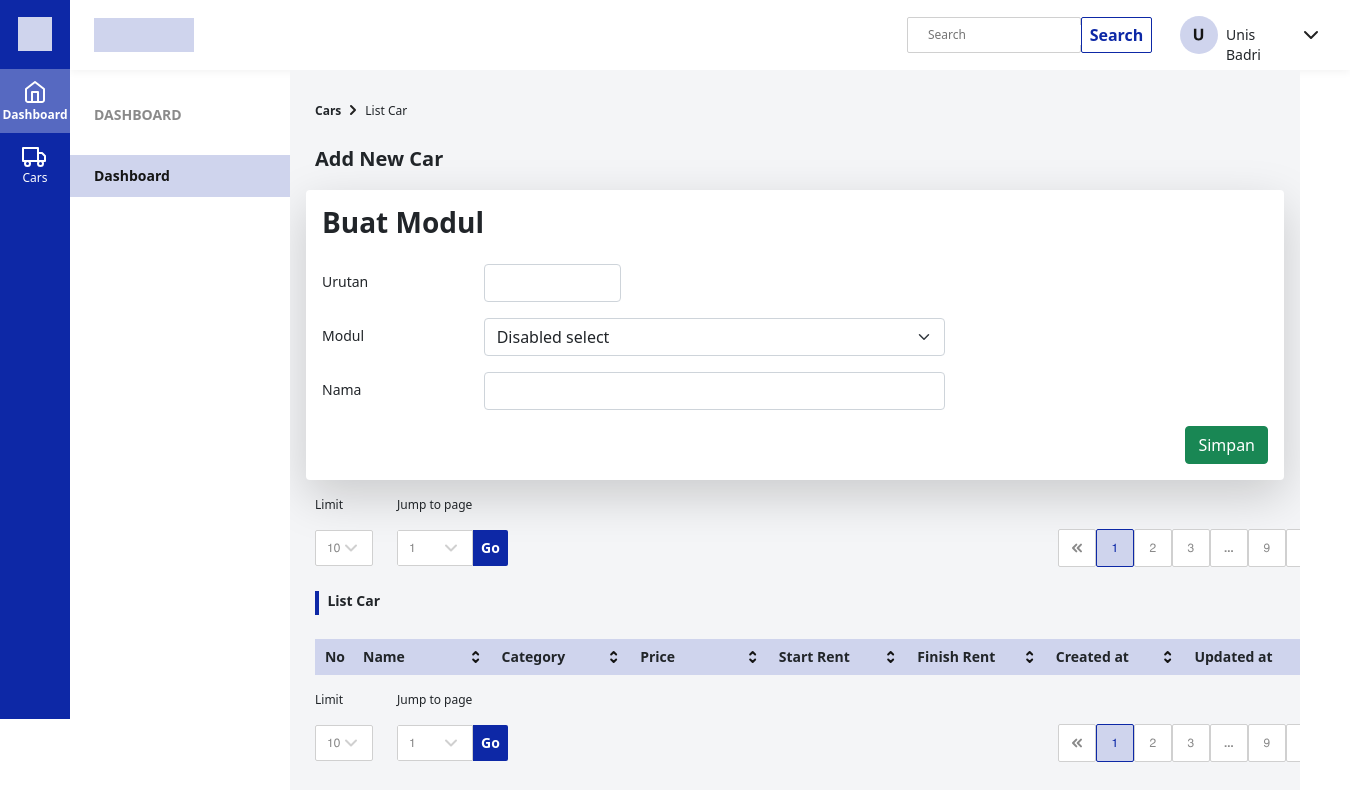
Repository: farrelmuhammad/challenge-7-binar
Page: /carlist/add
An editor plug-in stored every save of this project. The page is shown before and after the next save, followed by the edit.
The browser window is 1280 px wide. The page is 1350 px wide, so the pictures cover 1350 px, including what lies to the right of the window. The pictures show the whole page.
The project was rebuilt for these pictures with package versions that can differ from the ones it lists, and the page was loaded fresh each time. Also part of the build but not shown: src/component/navbar.js, src/component/header.js, src/component/footer.js, src/App.js, src/component/admin/Dashboard/index.jsx, src/pages/admin/Dashboard.js, src/component/admin/Cars/index.jsx, src/pages/admin/CarsList.js and 2 more.

Above is the page before, as saved 2022-05-27 21:10:10.

### src/index.css
body {
  font-family: Helvetica Neue, Helvetica, Arial, sans-serif;
  font-style: normal;
  font-weight: normal;
  font-size: 14px;
  line-height: 20px;
  margin: 0;
  padding: 0;
}

h1,
h2,
h3,
h4,
h5 {
  line-height: 150%;
}

.header{
  background-color: #F1F3FF;
}

.footer i {
  color: #0D28A6;
  font-size: x-large;
}

.bg-darkblue{
  background-color: #0D28A6;
}

.logo {
  background-color: #0D28A6;
  width: 100px;
  height: 34px;
}

code {
  font-family: source-code-pro, Menlo, Monaco, Consolas, 'Courier New',
    monospace;
}

.card-cari {
  width: 1047px;
  /* height: 106px; */
  margin-top: -50px;
  z-index: 2;
}
.button-cari {
  width: 92px !important;
  margin-top: 30px;
  height: 36px;
}
.activeCari {
  height: 100%;
  width: 0;
  position: fixed;
  z-index: 2;
  top: 0;
  left: 0;
  background-color: rgba(0, 0, 0, 0.5);
  overflow-x: hidden;
  transition: 0.5s;
  padding-top: 34px;
}

### src/component/admin/Navbar.jsx
import { Link } from 'react-router-dom';
import './Navbar.css';

const Navbar = () => {
  return (
    <header>
      {/* navbar top */}
      <div className="nav-top navbar">
        <div className="logo"></div>
        <span
          className="icon-menu iconify"
          data-icon="charm:menu-hamburger"
          data-width="24"
        ></span>
        <form className="nav-search d-flex">
          <div className="box-search">
            <span
              className="iconify"
              data-icon="akar-icons:search"
              data-width="18"
            ></span>
            <input type="search" placeholder="Search" />
          </div>
          <button className="button-search" type="submit">
            Search
          </button>
        </form>
        <div className="profile">
          <img src="img/profile.svg" alt="profile" />
          <p>Unis Badri</p>
          <img className="dropdown" src="img/dropdown.svg" alt="dropdown" />
        </div>
      </div>

      {/* navbar side */}
      <div className="nav-side">
        <div className="nav-blue">
          <div className="square"></div>
          <div className="frame-menu">
            <div className="dash-img" id="active">
              <a href="/dashboard">
                <img src="/img/dashboard.svg" alt="dashboard" />
              </a>
              <a href="/dashboard">Dashboard</a>
            </div>
            <div className="dash-img">
              <Link to="/carlist">
              <a>
                <img src="/img/cars.svg" alt="cars" />
                Cars
              </a>
              </Link>
            </div>
          </div>
        </div>
        <div className="nav-white">
          <div className="title-menu">
            <h1>DASHBOARD</h1>
          </div>
          <div className="list-menu">
            <h1>Dashboard</h1>
          </div>
        </div>
      </div>
    </header>
  );
};

export default Navbar;

### src/component/admin/Cars/add/index.jsx
import React from 'react'

export const AddCar = () => {
  return (
    <>
            <div className="content">
                <div className="breadcrumb">
                <h1>Cars</h1>
                <img src="../img/arrow-right.svg" alt="arrow-right" />
                <p>List Car</p>
                </div>
                <div className="col">
                    <h1 className="title-h1">Add New Car</h1>
                </div>



                <form className="form-input shadow-lg p-3 m-3 bg-body rounded">
                    <div className="text-title text-start mb-4">
                        <h3 className="title fw-bold">Buat Modul</h3>
                    </div>
                        <div className="row mb-3">
                            <label for="inputKode3" className="col-sm-2 col-form-label">Urutan</label>
                            <div className="col-sm-2">
                            <input type="kode" className="form-control" id="inputKode3"/>
                            </div>
                        </div>
                        <div className="row mb-3">
                            <label for="inputNama3" className="col-sm-2 col-form-label">Modul</label>
                            <div className="col-sm-6">
                                <select id="disabledSelect" className="form-select">
                                    <option>Disabled select</option>
                                </select>
                            </div>
                        </div>
                        <div className="row mb-3">
                            <label for="inputPassword3" className="col-sm-2 col-form-label">Nama</label>
                            <div className="col-sm-6">
                            <input type="kode" className="form-control" id="inputKode3"/>
                            </div>
                        </div>
                        <div className="d-grid gap-2 d-md-flex justify-content-md-end">
                            <button className="btn btn-success" type="button">Simpan</button>
                        </div>
                </form>

                {/* table navigation */}
                <div className="table-nav">
                <div className="limit-nav">
                    <p>Limit</p>
                    <img src="../img/form-drop.svg" alt="form-drop" />
                </div>
                <div className="jump-nav">
                    <p>Jump to page</p>
                    <img src="../img/form-drop-2.svg" alt="form-drop-2" />
                </div>
                <div className="go-nav">
                    <h1>Go</h1>
                </div>
                <div className="page-number">
                    <img src="../img/page-number.svg" alt="page-number" />
                </div>
                </div>

                <div className="list-car">
                <img src="../img/line-blue.svg" alt="" />
                <h1>List Car</h1>
                </div>
                {/* car table */}
                <div className="list-table">
                <table className="table table-borderless">
                    <thead>
                    <tr>
                        <th style={{ textAlign: "center" }}>No</th>
                        <th>
                        Name
                        <img className="sort" src="img/sort.svg" alt="sort" />
                        </th>
                        <th>
                        Category
                        <img className="sort" src="img/sort.svg" alt="sort" />
                        </th>
                        <th>
                        Price
                        <img className="sort" src="img/sort.svg" alt="sort" />
                        </th>
                        <th>
                        Start Rent
                        <img className="sort" src="img/sort.svg" alt="sort" />
                        </th>
                        <th>
                        Finish Rent
                        <img className="sort" src="img/sort.svg" alt="sort" />
                        </th>
                        <th>
                        Created at
                        <img className="sort" src="img/sort.svg" alt="sort" />
                        </th>
                        <th>
                        Updated at
                        <img className="sort" src="img/sort.svg" alt="sort" />
                        </th>
                    </tr>
                    </thead>
                    <tbody>
                    {/* {dataCarAdmin?.map((car, i) => (
                        <>
                        <tr>
                            <td key={car.id} style={{ textAlign: "center" }}>
                            {i + 1}
                            </td>
                            <td>{car.name}</td>
                            <td>{car.category}</td>
                            <td>{car.price}</td>
                            <td>{car.start_rent_at}</td>
                            <td>{car.finish_rent_at}</td>
                            <td>{car.createdAt}</td>
                            <td>{car.updatedAt}</td>
                        </tr>
                        </>
                    ))} */}
                    </tbody>
                </table>
                </div>

                {/* table navigation */}
                <div className="table-nav">
                <div className="limit-nav">
                    <p>Limit</p>
                    <img src="img/form-drop.svg" alt="form-drop" />
                </div>
                <div className="jump-nav">
                    <p>Jump to page</p>
                    <img src="img/form-drop-2.svg" alt="form-drop-2" />
                </div>
                <div className="go-nav">
                    <h1>Go</h1>
                </div>
                <div className="page-number">
                    <img src="img/page-number.svg" alt="page-number" />
                </div>
                </div>
            </div>
            </>
  )
}

export default AddCar

### src/component/admin/Navbar.css
h1 {
    font-size: 14px;
    line-height: 20px;
}

header .nav-top {
    position: absolute;
    width: 1280px;
    height: 70px;
    left: 70px;
    right: 0;
    top: 0px;
    box-shadow: 0px 2px 8px rgba(0, 0, 0, 0.05);
}

header .nav-top .logo {
    position: absolute;
    width: 100px;
    height: 34px;
    left: 24px;
    top: 18px;
    background: #CFD4ED;
}

header .nav-top .icon-menu {
    position: absolute;
    width: 24px;
    height: 24px;
    left: 244px;
    top: 23px;
}

header .nav-top .nav-search {
    display: flex;
    flex-direction: row;
    align-items: flex-start;
    padding: 0px;
    position: absolute;
    width: 245px;
    height: 36px;
    left: 837px;
    top: 17px;
}

header .nav-top .nav-search .box-search {
    display: flex;
    flex-direction: row;
    align-items: center;
    padding-left: 12px;
    width: 174px;
    height: 36px;
    border: 1px solid #D0D0D0;
    border-radius: 2px;
    font-size: 12px;
    line-height: 18px;
    color: #8A8A8A;
}

header .nav-top .nav-search .box-search > input {
    border: none;
    outline: none;
    padding-left: 8px;
}

header .nav-top .nav-search .button-search {
    display: flex;
    flex-direction: row;
    justify-content: center;
    align-items: center;
    padding: 8px 12px;
    width: 71px;
    height: 36px;
    background-color: white;
    border: 1px solid #0D28A6;
    border-radius: 2px;
    font-weight: 700;
    color:#0D28A6;
}

header .nav-top .profile {
    display: flex;
    flex-direction: row;
    align-items: center;
    position: absolute;
    width: 143px;
    height: 38px;
    left: 1110px;
    right: 24px;
    top: 16px;
}

header .nav-top .profile > p {
    position: absolute;
    width: 65px;
    height: 20px;
    left: 46px;
    top: 9px;
    font-weight: 400;
    font-size: 14px;
    line-height: 20px;
}

header .nav-top .profile .dropdown {
    position: absolute;
    width: 24px;
    height: 24px;
    left: 119px;
    top: 7px;
}

header .nav-side {
    position: absolute;
    width: 290px;
    height: 100%;
    left: 0px;
    top: -1px;
}

header .nav-side .nav-blue {
    position: absolute;
    left: 0%;
    right: 75.86%;
    top: 0%;
    bottom: 0%;
    background: #0D28A6;
}

header .nav-side .nav-blue .square {
    position: absolute;
    width: 34px;
    height: 34px;
    left: 18px;
    top: 18px;
    background: #CFD4ED;
}

header .nav-side .nav-blue .frame-menu {
    display: flex;
    flex-direction: column;
    align-items: flex-start;
    padding: 0px;
    position: absolute;
    width: 70px;
    height: 128px;
    left: 0px;
    top: 70px;
}

header .nav-side .nav-blue .frame-menu .dash-img {
    display: flex;
    flex-direction: column;
    justify-content: center;
    align-items: center;
    padding: 20px 23px;
    position: static;
    width: 70px;
    height: 64px;
    left: 0px;
    top: 0px;
}

#active {
    font-weight: 700;
    background: rgba(255, 255, 255, 0.3);
}

header .nav-side .nav-blue .frame-menu .dash-img a {
    font-size: 12px;
    line-height: 18px;
    margin-top: 2px;
    text-decoration: none;
    color: white;
}

header .nav-side .nav-blue img:last-child {
    margin-top: 0;
}

header .nav-side .nav-white {
    position: absolute;
    left: 24.14%;
    right: 0%;
    top: 7.76%;
    bottom: 0.22%;
}

header .nav-side .nav-white .title-menu {
    position: absolute;
    width: 220px;
    height: 42px;
    left: 24px;
    top: 50px;
}

header .title-menu h1 {
    font-weight: 700;
    color: #8A8A8A;
    left: 24px;
}

header .nav-side .nav-white .list-menu {
    position: static;
    margin-top: 100px;
    width: 220px;
    height: 42px;
    padding: 11px 24px;
    background: #CFD4ED;
}

header .list-menu h1 {
    font-weight: 700;
    color: #151515;
    left: 24px;
}

### src/component/admin/Dashboard/Content.css
.content {
    position: absolute;
    overflow: auto;
    left: 290px;
    top: 70px;
    /* width: 1280px; */
    height: 100%;
    background: #F4F5F7;
    font-size: 14px;
    line-height: 20px;
}

.content .breadcrumb {
    position: absolute;
    width: 300px;
    height: 18px;
    left: 25px;
    top: 32px;
}

.content .breadcrumb > h1 {
    font-size: 12px;
    line-height: 18px;
    font-weight: 700;
}

.content .breadcrumb > p {
    font-size: 12px;
    line-height: 18px;
    font-weight: 300;
}

.content .breadcrumb > img {
    width: 16px;
    height: 16px;
    margin-left: 4px;
    margin-right: 4px;
}

.content .title-h1 {
    font-size: 20px;
    line-height: 30px;
    font-weight: 700;
    margin-left: 25px;
    margin-top:74px;
}

.content .list-order {
    margin-top: 24px;
    position: absolute;
    width: 79px;
    height: 24px;
    margin-left: 25px;
}

.content .list-order > img {
    width: 4px;
    height: 24px;
}

.content .list-order > h1 {
    float: right;
    font-weight: 700;
    margin-left: 8px;
}

.content .list-table table {
    margin-left: 25px;
    margin-top: 72px;
    width: 100%;
    table-layout: fixed;
    background-color: white;
    border: 1px solid none;
    border-radius: 2px;
}

.content .list-table table thead {
    background-color: rgba(207, 212, 237, 1);
    font-weight: 700;
}

.content .list-table table thead th:first-child {
    width: 40px;
}

.content .list-table table thead th > img {
    float: right;
}

.content .table-nav {
    display: flex;
    flex-direction: row;
    width: 1010px;
    font-size: 12px;
    line-height: 18px;
    font-weight: 300;
}

.content .table-nav .limit-nav{
    margin-left: 25px;
}

.content .table-nav .limit-nav p {
    font-size: 12px;
    line-height: 18px;
}

.content .table-nav .jump-nav {
    margin-left: 24px;
}

.content .table-nav .jump-nav p {
    font-size: 12px;
    line-height: 18px;
}

.content .table-nav .go-nav {
    width: 43px;
    height: 36px;
    margin-top: 34px;
    background: #0D28A6;
    border-radius: 0px 2px 2px 0px;
}

.content .table-nav .go-nav > h1 {
    text-align: center;
    font-weight: bold;
    color: white;
    padding: 8px 8px;
}

.content .table-nav .page-number {
    margin-top: 33px;
    margin-left: 550px;
}

.content .list-car {
    margin-top: 24px;
    position: absolute;
    width: 65px;
    height: 24px;
    margin-left: 25px;
}

.content .list-car > img {
    width: 4px;
    height: 24px;
}

.content .list-car > h1 {
    float: right;
    font-weight: 700;
    margin-left: 8px;
}

.content .title-button-car {
    display: inline-flex;
}

.content .title-button-car > h1 {
    margin-right: 800px;
}

.content .title-button-car > a img {
    margin-top: 74px;
}

.content .button-category {
    margin-top: 24px;
    margin-left: 8px;
    display: inline-flex;
}

.content .button-category img {
    margin-left: 16px;
}

.content .cars-card {
    width: 320px;
    height: 482px;
    margin-left: 25px;
    margin-top: 24px;
    box-shadow: 0px 0px 4px rgba(0, 0, 0, 0.15);
    border-radius: 8px;
}

.content .cars-card .card-img-top {
    width: 270px;
    height: 160px;
    margin: auto;
    margin-top: 55px;
}

.content .cars-card .card-body {
    padding: 24px;
}

.content .cars-card .card-body .bold-h1 {
    font-weight: 700;
    font-size: 16px;
    line-height: 24px;
    margin-bottom: 0;
}

.content .cars-card .card-body-text {
    display: inline-flex;
    width: 303px;
    height: 20px;
    margin-top: 16px;
}

.content .cars-card .card-body-text img {
    margin-right: 8px;
    width: 20px;
    height: 20px;
}

.content .cars-card .button-card {
    display: inline-flex;
    margin-left: 8px;
    margin-top: 24px;
}

.content .cars-card .button-card img {
    width: 120px;
}

.content .cars-card .button-card img:last-child {
    margin-left: 16px;
}

.content .form-add-new-car {
    width: 1010px;
    height: 350px;
    background: white;
    margin-top: 32px;
    margin-left: 25px;
}

.content .form-add-new-car .content-form {
    padding-top: 16px;
    padding-left: 25px;
    font-weight: 300;
    font-size: 12px;
    line-height: 18px;
}

.content .form-add-new-car .content-form label {
    width: 147px;
}

.content .form-add-new-car .content-form input {
    width: 339px;
    height:auto;
    border: 1px solid #D0D0D0;
    border-radius: 2px;
    color: #8A8A8A;
    font-weight: 300;
    font-size: 12px;
    line-height: 18px;
}

.content .form-add-new-car .content-form .content-box {
    margin-left: 4px;
}

.content .form-add-new-car .content-h1 h1 {
    display: inline-flex;
    margin-left: 25px;
    margin-top: 16px;
    font-weight: 300;
    font-size: 12px;
    line-height: 18px;
}

.content .form-add-new-car .content-h1 h1:first-child {
    width: 147px;
}

.content .form-add-new-car .content-h1 h1:last-child {
    margin-left: 8px;
}

.content .button-form {
    display: inline-flex;
    margin-left: 9px;
}

.content .button-form img {
    margin-left: 16px;
    margin-top: 282px;
    margin-bottom: 40px;
}

Loaded but not shown: public/index.html (common file); src/app/store.js (common file); src/reportWebVitals.js (common file); src/features/counter/counterAPI.js (common file); src/features/counter/counterSlice.js (73 lines, source omitted); src/Routes.js (25 lines, source omitted); src/index.js (26 lines, source omitted); src/pages/admin/AddCar.js (14 lines, source omitted); src/component/admin/Cars/Content.css (338 lines, source omitted)

After the next save:
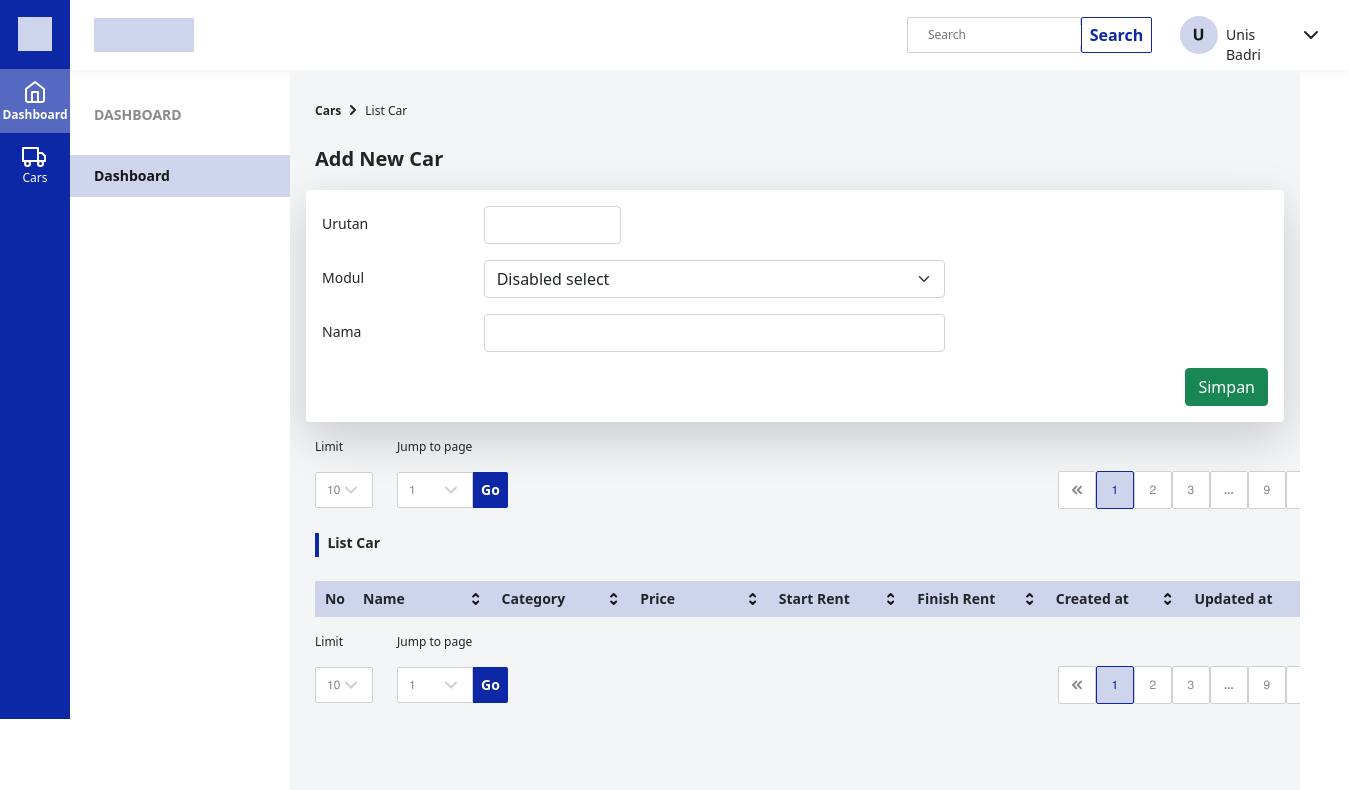
Saved 52 s later.
--- a/src/component/admin/Cars/add/index.jsx
+++ b/src/component/admin/Cars/add/index.jsx
@@ -16,9 +16,6 @@ export const AddCar = () => {
 
 
                 <form className="form-input shadow-lg p-3 m-3 bg-body rounded">
-                    <div className="text-title text-start mb-4">
-                        <h3 className="title fw-bold">Buat Modul</h3>
-                    </div>
                         <div className="row mb-3">
                             <label for="inputKode3" className="col-sm-2 col-form-label">Urutan</label>
                             <div className="col-sm-2">
